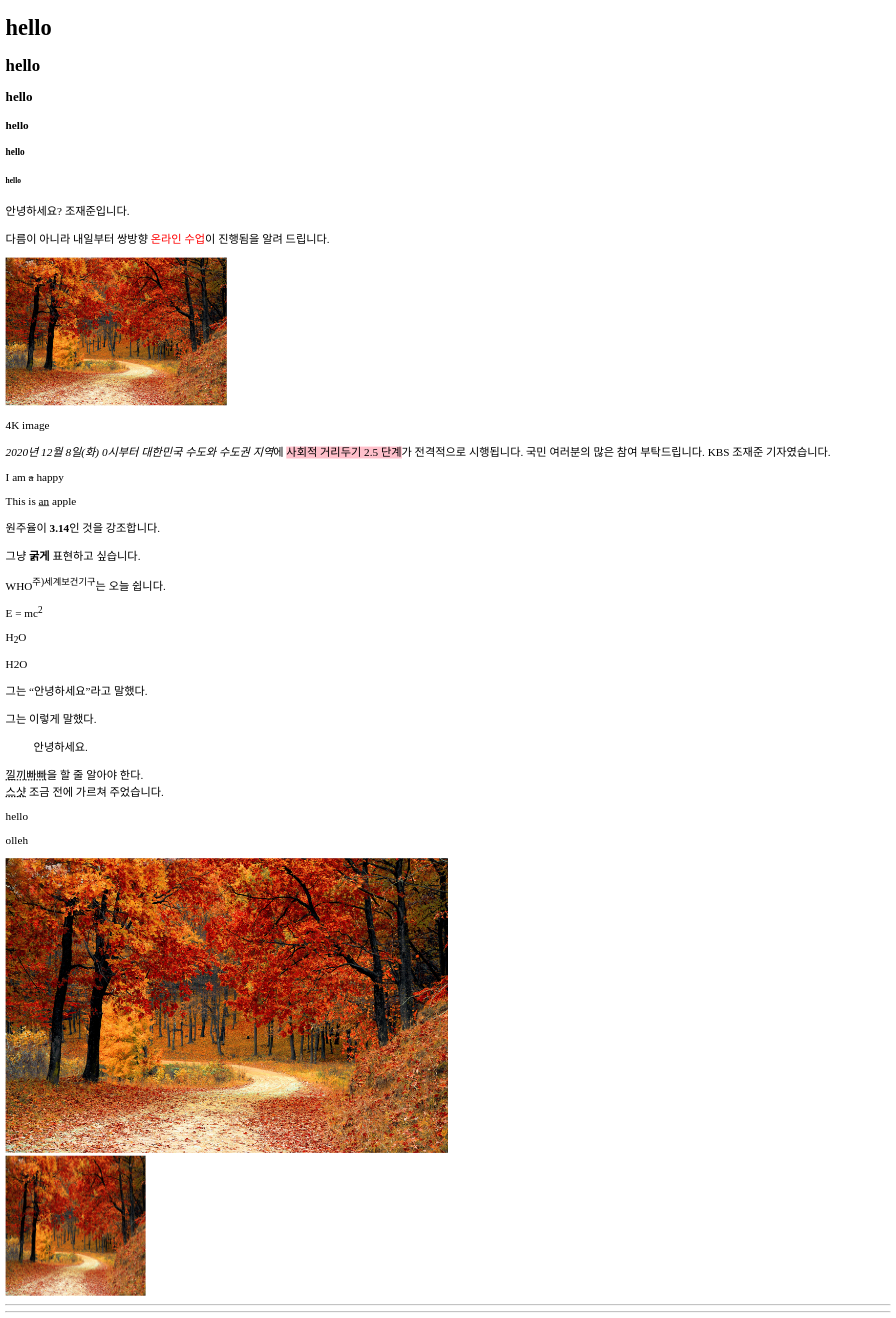
Repository: Chojaejun/javastudy
Page: HelloWorld/WebContent/f.html
The author's editor kept a copy of each file at every save. The page is drawn from the files as they stood at one save, then again after the next save.
The browser window is 1280 px wide. The pictures show the whole page, at 70% of full size.

Above is the page before, as saved 2020-12-07 06:50:37.

After the next save:
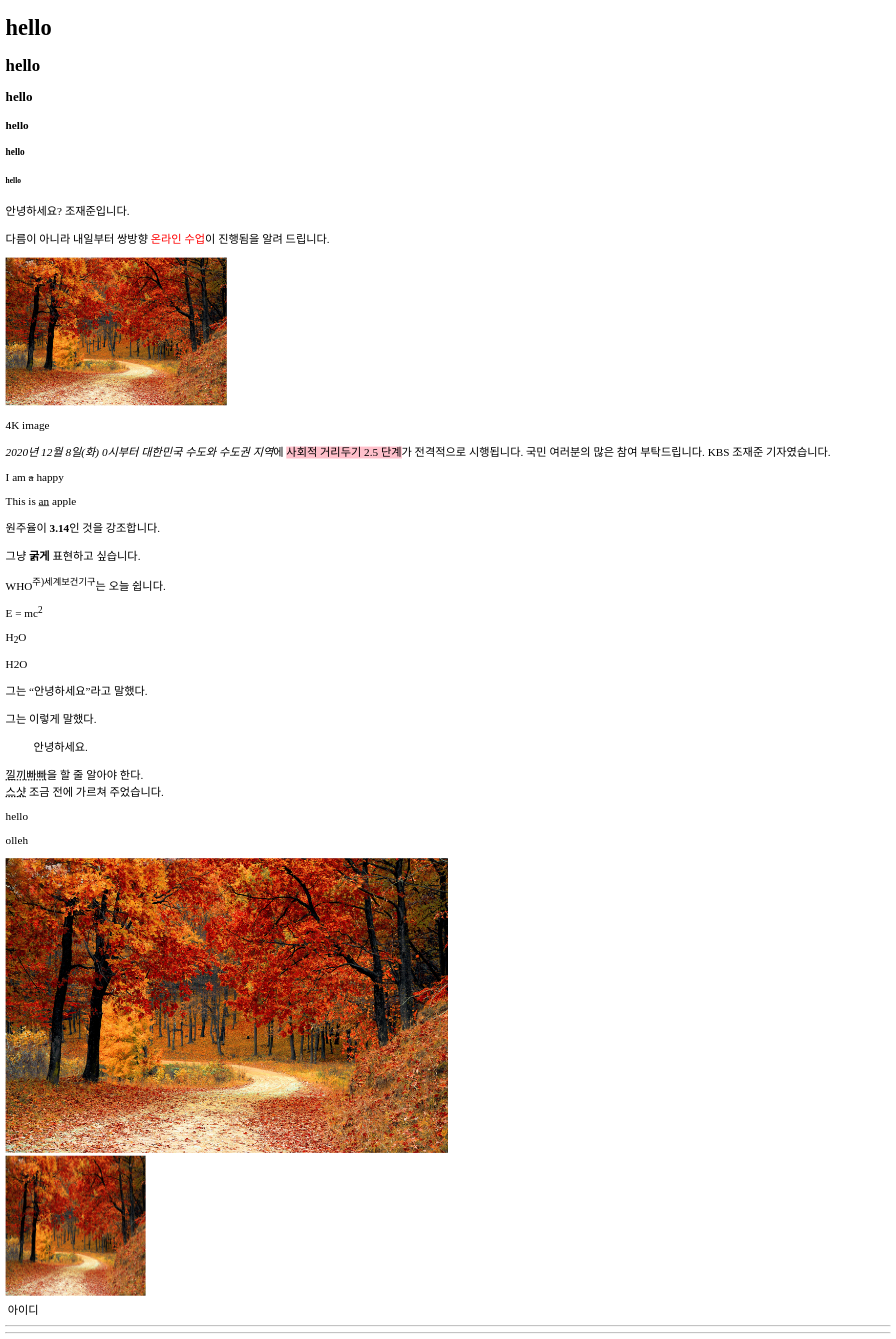
Saved 60 s later.
--- a/HelloWorld/WebContent/f.html
+++ b/HelloWorld/WebContent/f.html
@@ -82,7 +82,18 @@
 	<area alt="이미지의 우측" shape="rect" coords="101,101,200,200" href="https://www.naver.com">
 
 </map>
+<!-- table은 표 -->
+<table>
+	<thead>
+		<tr>
+			<td>아이디</td>
 
+		</tr>
+	</thead>
+
+
+
+</table>
 
 
 
